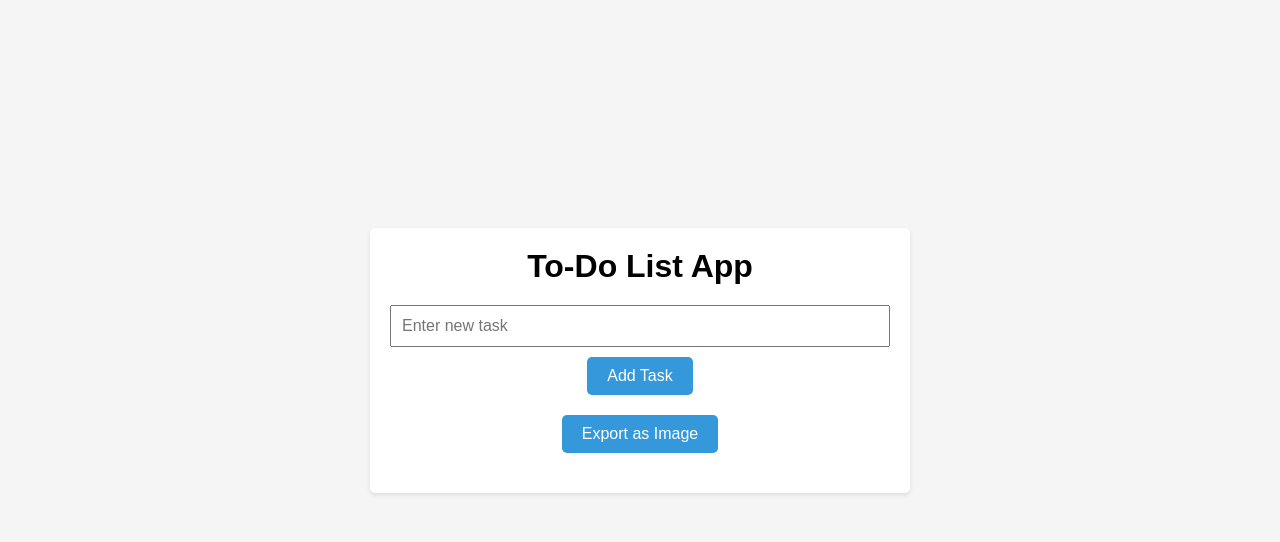
Repository: Shubhang/todo-list
Page: index.html
These files come from the project's save history. The page is drawn as it stood at one moment and after the next save; the edit follows.
The browser window is 1280 px wide. The pictures show the whole page.

Above is the page before, as saved 2023-04-14 03:24:55.

### index.html
<!DOCTYPE html>
<html lang="en">
<head>
    <meta charset="UTF-8">
    <meta name="viewport" content="width=device-width, initial-scale=1.0">
    <title>ToDo List App</title>
    <link rel="stylesheet" href="styles.css">
</head>
<body>
    <div class="container">
        <h1>To-Do List App</h1>
        <input type="text" id="inputTask" placeholder="Enter new task">
        <button id="addTask">Add Task</button>
        <ul id="taskList"></ul>
        <button id="exportImage">Export as Image</button>
    </div>
    <canvas id="canvas" hidden></canvas>
    <script src="scripts.js"></script>
</body>
</html>

### styles.css
body {
    font-family: Arial, sans-serif;
    display: flex;
    justify-content: center;
    align-items: center;
    min-height: 100vh;
    margin: 0;
    background-color: #f5f5f5;
}

.container {
    background-color: white;
    border-radius: 5px;
    padding: 20px;
    box-shadow: 0 2px 4px rgba(0, 0, 0, 0.1);
    width: 80%;
    max-width: 500px;
}

h1 {
    margin: 0 0 20px;
    text-align: center;
}

input, button {
    font-size: 1em;
}

input {
    width: 100%;
    padding: 10px;
    margin-bottom: 10px;
    box-sizing: border-box;
}

button {
    cursor: pointer;
    padding: 10px 20px;
    background-color: #3498db;
    color: white;
    border: none;
    border-radius: 5px;
    margin-bottom: 20px;
    display: block;
    margin-left: auto;
    margin-right: auto;
}

button:hover {
    background-color: #2980b9;
}

ul {
    list-style-type: none;
    padding: 0;
}

li {
    display: flex;
    align-items: center;
    margin-bottom: 5px;
}

input[type="checkbox"] {
    margin-right: 10px;
}

### scripts.js
const inputTask = document.getElementById('inputTask');
const addTask = document.getElementById('addTask');
const taskList = document.getElementById('taskList');
const exportImage = document.getElementById('exportImage');
const canvas = document.getElementById('canvas');

addTask.addEventListener('click', () => {
    if (taskList.children.length < 10 && inputTask.value.trim() !== '') {
        const newTask = document.createElement('li');
        const checkbox = document.createElement('input');
        checkbox.type = 'checkbox';
        newTask.appendChild(checkbox);
        newTask.insertAdjacentText('beforeend', inputTask.value.trim());
        taskList.appendChild(newTask);
        inputTask.value = '';
    }
});

exportImage.addEventListener('click', () => {
    const ctx = canvas.getContext('2d');
    const lineHeight = 30;
    const xOffset = 10;
    const yOffset = 40;

    canvas.width = 400;
    canvas.height = lineHeight * 10 + yOffset * 2;
    ctx.fillStyle = '#f5f5f5';
    ctx.fillRect(0, 0, canvas.width, canvas.height);

    ctx.fillStyle = '#3498db';
    ctx.font = '24px Arial';
    ctx.textAlign = 'center';
    ctx.fillText('To-Do List', canvas.width / 2, yOffset - 10);

    ctx.font = '20px Arial';
    ctx.textAlign = 'left';
    ctx.fillStyle = 'black';

    for (let i = 0; i < taskList.children.length; i++) {
        const task = taskList.children[i];
        const checkbox = task.querySelector('input[type="checkbox"]');
        const checked = checkbox.checked ? '✓ ' : '';
        ctx.fillText((i + 1) + '. ' + checked + task.textContent, xOffset, yOffset + lineHeight * i);
    }

    const img = new Image();
    img.src = canvas.toDataURL("image/png");
    const link = document.createElement('a');
    link.href = img.src;
    link.download = 'todo_list.png';
    link.click();
});

After the next save:
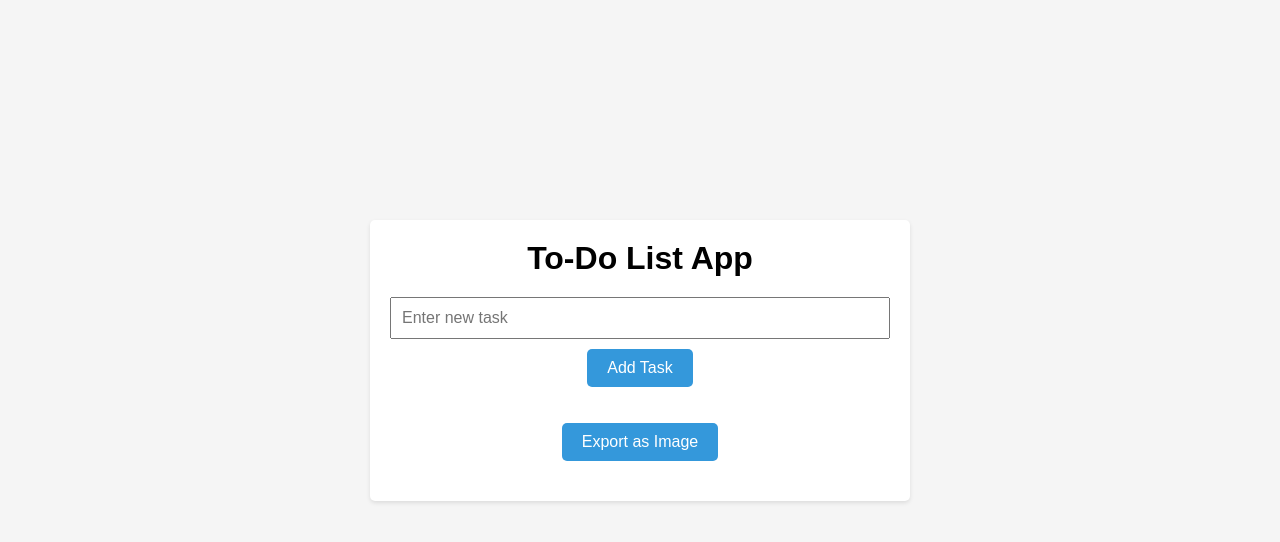
Saved 3 min 26 s later.
--- a/styles.css
+++ b/styles.css
@@ -53,14 +53,21 @@ button:hover {
 ul {
     list-style-type: none;
     padding: 0;
+    display: flex;
+    flex-direction: column;
+    align-items: center;
 }
 
 li {
     display: flex;
     align-items: center;
     margin-bottom: 5px;
+    width: 100%;
+    justify-content: center;
 }
 
 input[type="checkbox"] {
     margin-right: 10px;
+    position: absolute;
+    left: 20px;
 }
